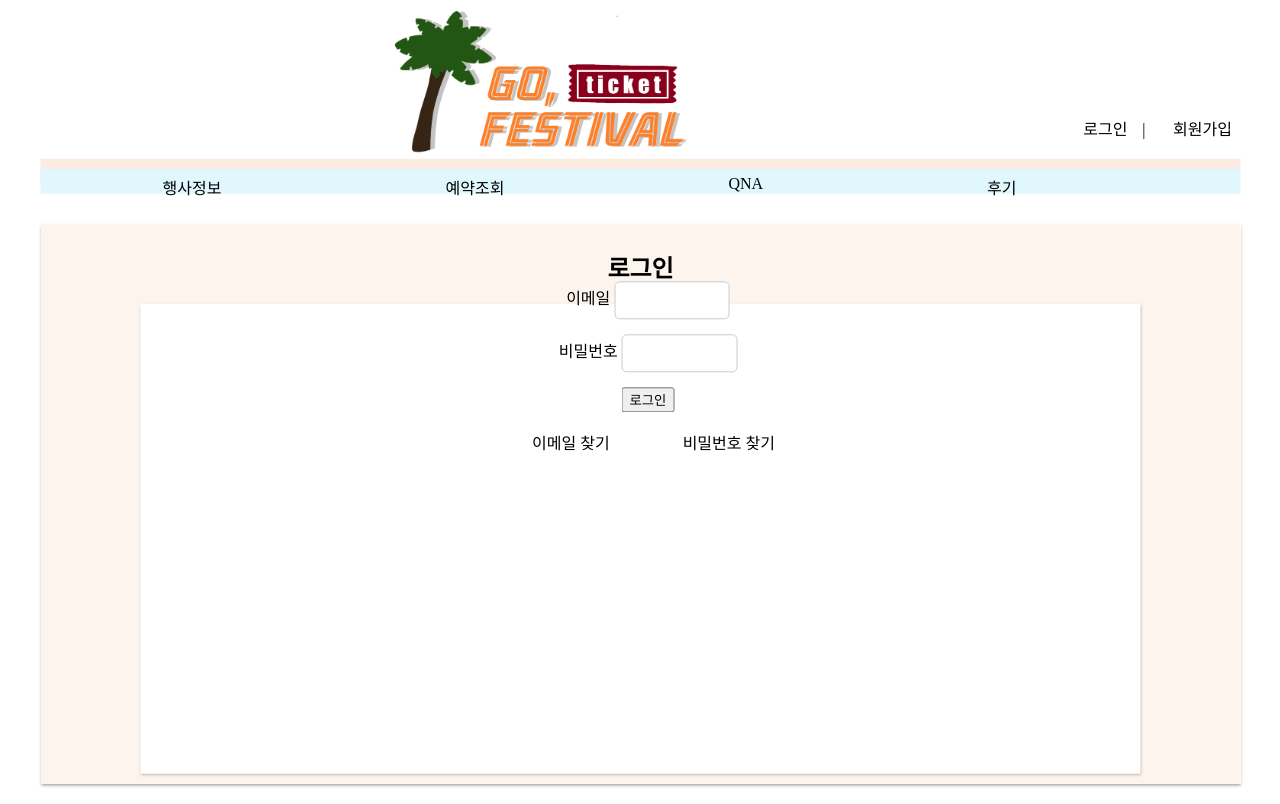
Repository: Changgyu1/Chang_Gu
Page: http://localhost/Project/login.jsp
The author's editor kept a copy of each file at every save. The page is drawn from the files as they stood at one save, then again after the next save.
The browser window is 1280 px wide. The pictures show the whole page.
Some web fonts or font styles are not loaded; a fallback is used. The page is served by Tomcat 9.

Above is the page before, as saved 2023-11-16 08:03:05.

After the next save:
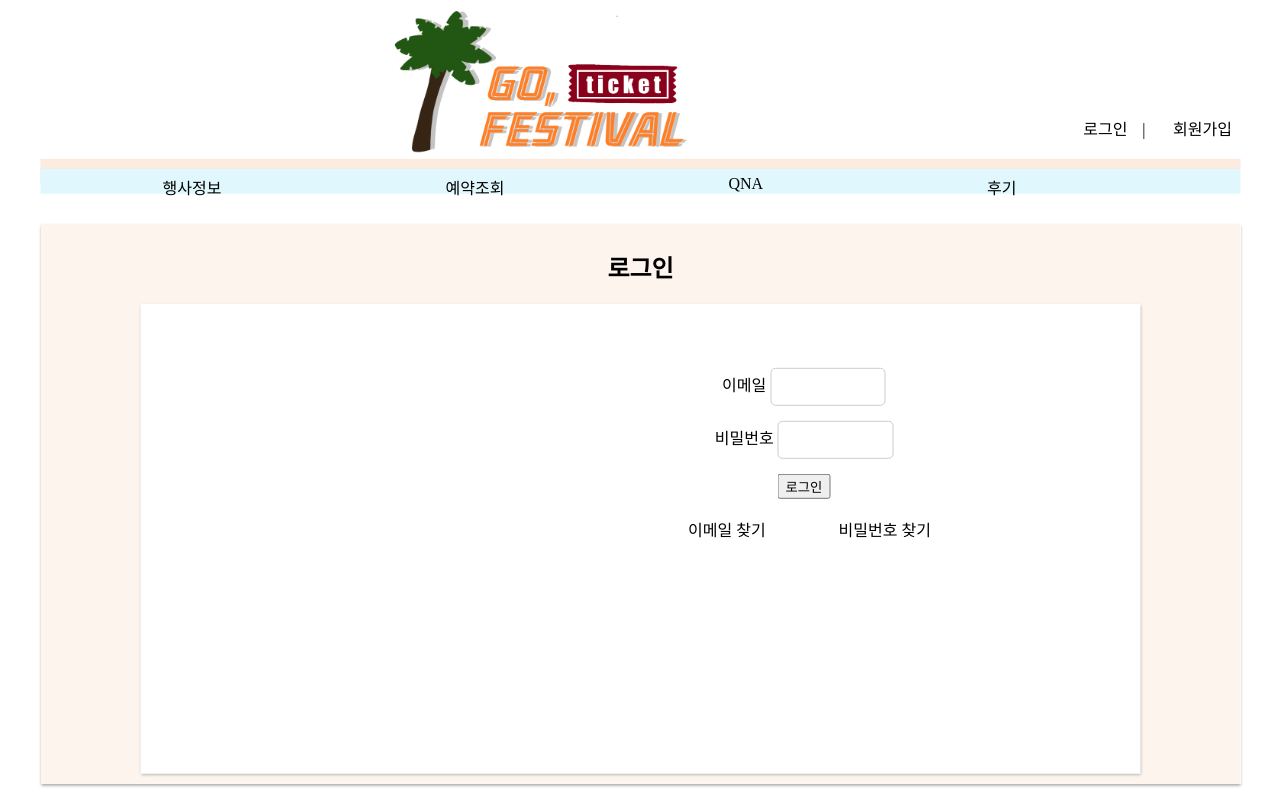
Saved 60 s later.
--- a/Project/src/main/webapp/login.jsp
+++ b/Project/src/main/webapp/login.jsp
@@ -16,10 +16,10 @@
 	  }
 	  .centerReg{
 	     	 position: absolute;
-            padding: 20px;
+
             top: 50%;
             left: 50%;
-            transform: translate(-50%, -50%);
+
 	  }
 	</style>
 </head>
